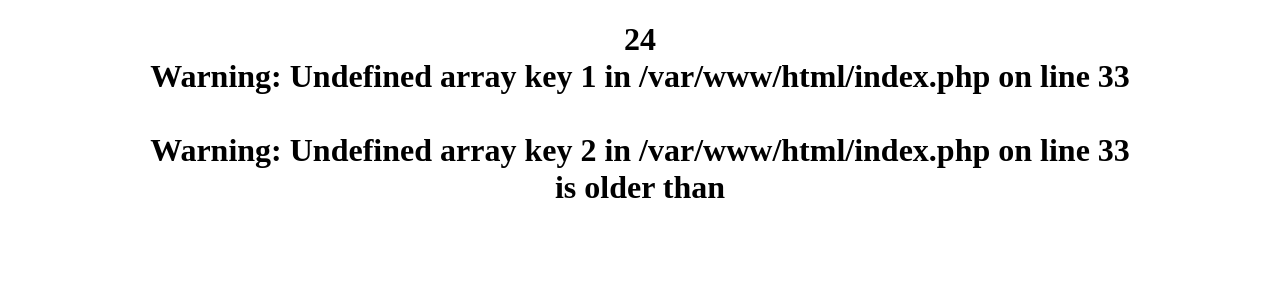
Repository: Lexscher/PHP-practice
Page: http://localhost/
The author's editor kept a record of every edit. The page is drawn from the files as they stood at one moment, then again after the next edit.
The browser window is 1280 px wide. The pictures show the whole page.
The page is run by PHP 8.4 with error messages shown; the project is at /var/www/html/.

Above is the page before.

### index.php
<!DOCTYPE html>
<html>
    <head>
        <title>My php website!</title>
    </head>
</html>

<body>

    <center>

        <h1>
               <?php

               $colors = array("Blue", "Red", "green", "Purple");
               $colors['key'] = "Blue";
               $colors['key1'] = "Red";
               $colors['key2'] = "green";
               $colors['key3'] = "Purple";

               // to echo out "green"
              //  echo $colors['key2']

               $ages['Nandita'] = "25";
               $ages['Tara'] = "24";
               $ages['Jordan'] = "23";
               $ages['Marisa'] = "22";

               // To get Tara's age
               echo $ages['Tara'];

               if ( $ages['Tara'] > $ages['Jordan']) :
                   echo $ages[1] . " is older than " . $ages[2];
                else :
                    echo $ages[2] . " is older than " . $ages[1];
               endif;
                ?>
        </h1>

    </center>

</body>

After the next edit:
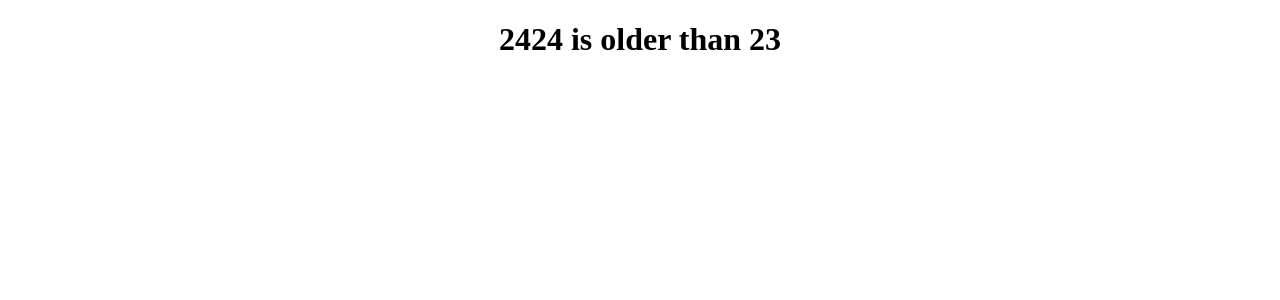
The edit:
--- a/index.php
+++ b/index.php
@@ -30,7 +30,7 @@
                echo $ages['Tara'];
 
                if ( $ages['Tara'] > $ages['Jordan']) :
-                   echo $ages[1] . " is older than " . $ages[2];
+                   echo $ages['Tara'] . " is older than " . $ages['Jordan'];
                 else :
                     echo $ages[2] . " is older than " . $ages[1];
                endif;
